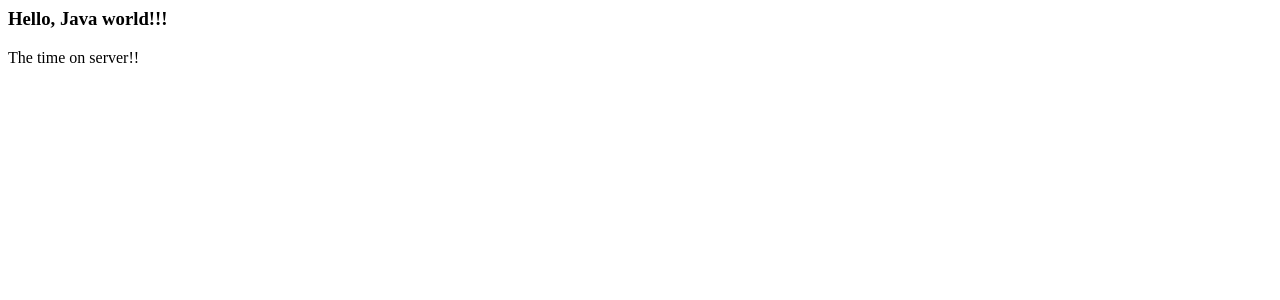
Repository: tenzinlekphel/jsp
Page: http://localhost/jspdemo/helloWorld.jsp
An editor plug-in stored every save of this project. The page is shown before and after the next save, followed by the edit.
The browser window is 1280 px wide. The pictures show the whole page.
The page is served by Tomcat 9.

Above is the page before, as saved 2019-09-02 13:20:00.

After the next save:
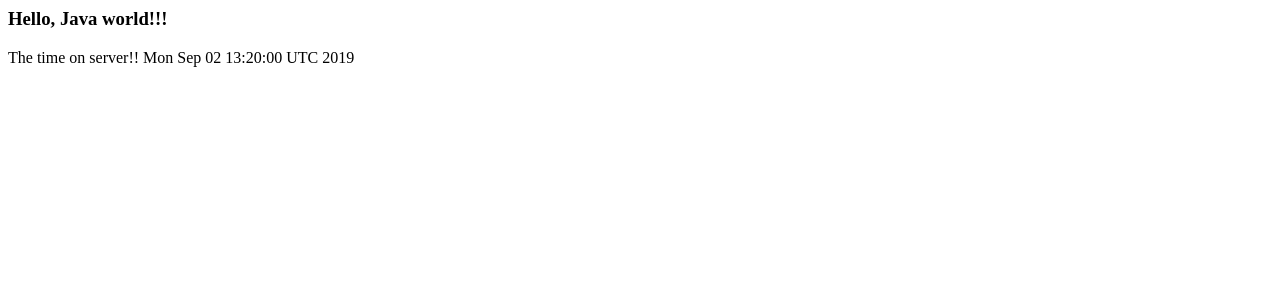
Saved 23 s later.
--- a/jspdemo/WebContent/helloWorld.jsp
+++ b/jspdemo/WebContent/helloWorld.jsp
@@ -4,7 +4,7 @@
 
 <h3>Hello, Java world!!!</h3>
 
-The time on server!!
+The time on server!! <%= new java.util.Date() %>
 </body>
 
 </html>
